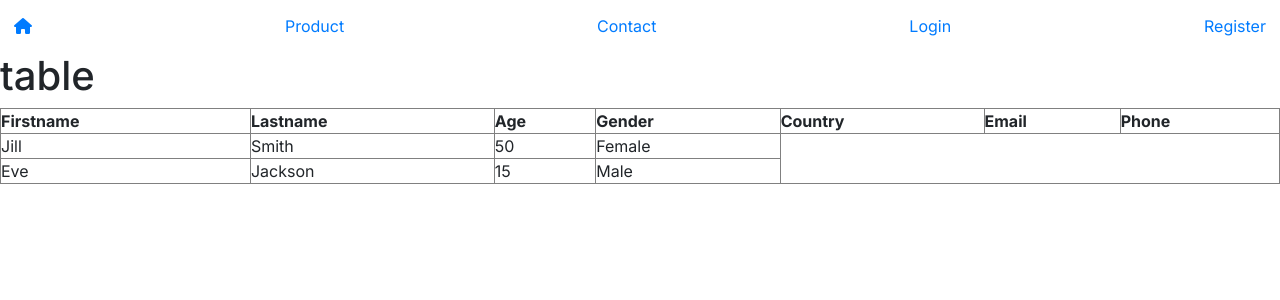
Repository: bao2222/hoc-lam-web
Page: About-me.html
An editor plug-in stored every save of this project. The page is shown before and after the next save, followed by the edit.
The browser window is 1280 px wide. The pictures show the whole page.
Some web fonts or font styles are not loaded; a fallback is used.

Above is the page before, as saved 2025-01-23 17:52:58.

After the next save:
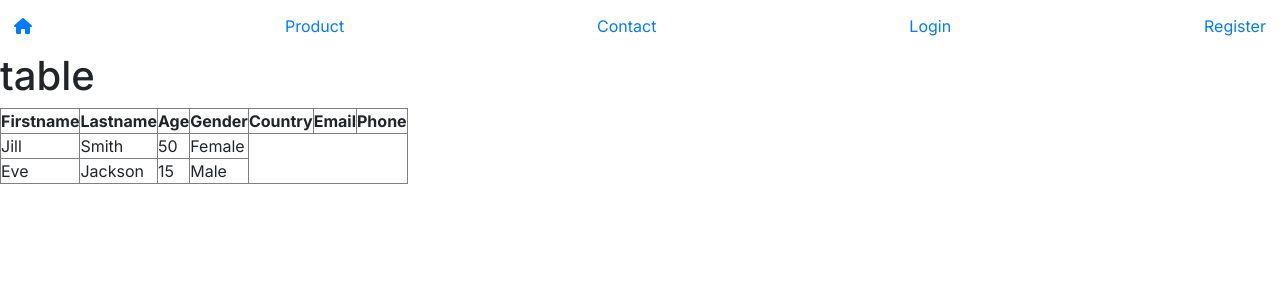
Saved 16 min 59 s later.
--- a/About-me.html
+++ b/About-me.html
@@ -41,7 +41,7 @@
         </header>
         <main>
             <h1>table</h1>
-            <table style="width:100%" border>
+            <table style="width:100%, height:100%" border>
                 <tr>
                     <th>Firstname</th>
                     <th>Lastname</th>
